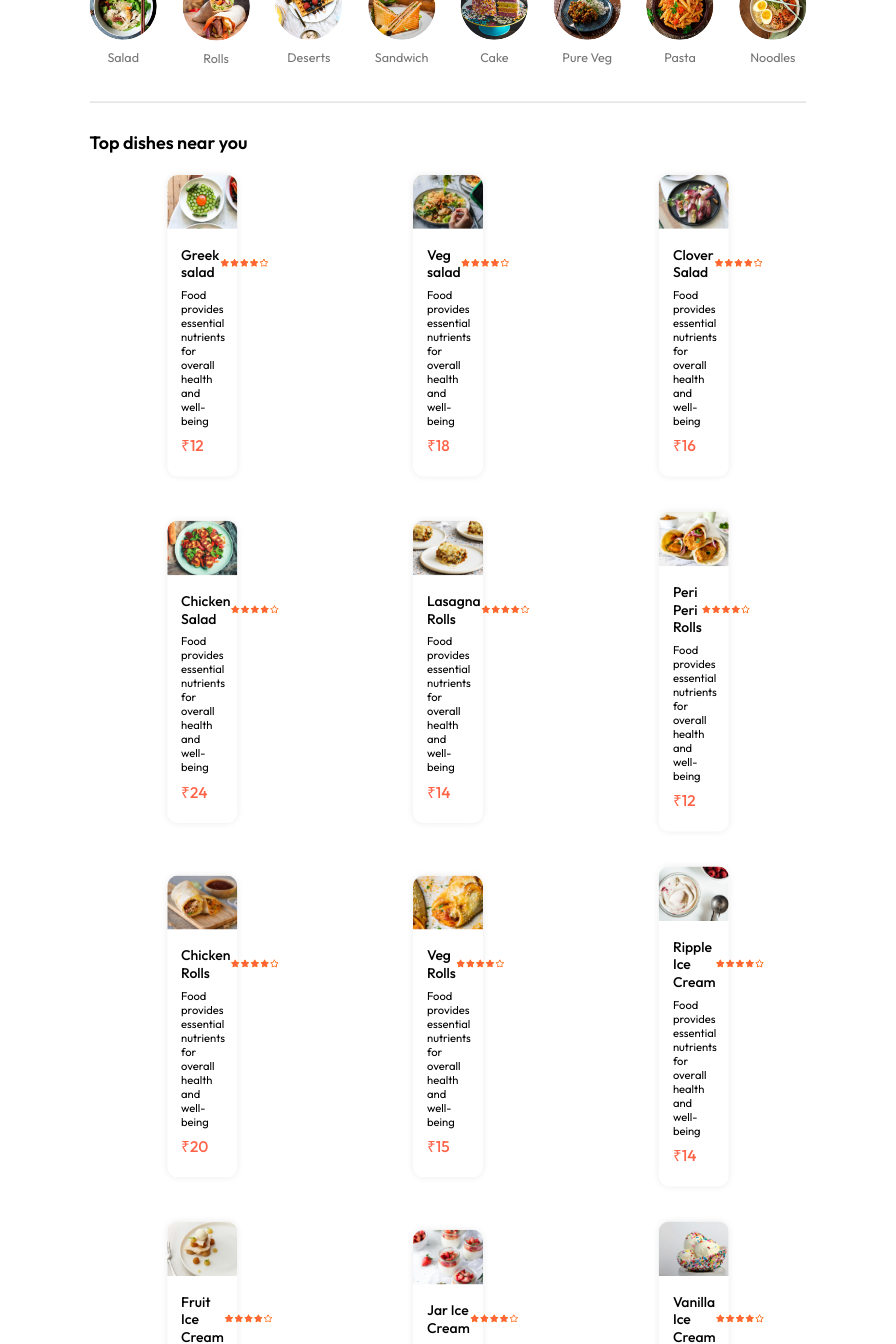
Repository: KartikChouhan03/food-delivery-app
Page: / (app in frontend/)
The author's editor kept a copy of each file at every save. The page is drawn from the files as they stood at one save, then again after the next save.
The browser window is 1280 px wide. The pictures show the part of the page from y = 777 to 2697 px (the page is 6376 px tall before and 6135 px after), at 70% of full size.
Some web fonts or font styles are not loaded; a fallback is used. The project was rebuilt for these pictures with package versions that can differ from the ones it lists, and the page was loaded fresh each time. Also part of the build but not shown: frontend/vite.config.js, frontend/src/pages/Cart/Cart.css, frontend/src/pages/Cart/Cart.jsx, frontend/src/pages/PlaceOrder/PlaceOrder.css, frontend/src/pages/PlaceOrder/PlaceOrder.jsx.

Above is the page before, as saved 2025-08-16 00:25:05.

### frontend/index.html
<!doctype html>
<html lang="en">
  <head>
    <meta charset="UTF-8" />
    <link rel="icon" type="image/svg+xml" href="" />
    <meta name="viewport" content="width=device-width, initial-scale=1.0" />
    <title>Foodify</title>
  </head>
  <body>
    <div id="root"></div>
    <script type="module" src="/src/main.jsx"></script>
  </body>
</html>

### frontend/src/main.jsx
import { createRoot } from 'react-dom/client'
import './index.css'
import App from './App.jsx'
import { BrowserRouter} from 'react-router-dom'
import StoreContextProvider from './context/StoreContext.jsx'


createRoot(document.getElementById('root')).render(
  <BrowserRouter>
    <StoreContextProvider>
      <App />
    </StoreContextProvider>
  </BrowserRouter>


)

### frontend/src/index.css

@import url('https://fonts.googleapis.com/css2?family=Montserrat:ital,wght@0,100..900;1,100..900&family=Outfit:wght@100..900&family=Playfair+Display:ital,wght@0,400..900;1,400..900&display=swap');


*{
  padding: 0;
  margin: 0;
  box-sizing: border-box;
  font-family: Outfit;
}

body{
  min-height: 100vh;
}

a{
  text-decoration: none;
  color: inherit;
}

.app{
  width: 80%;
  margin: auto;
}

@keyframes fadeIn{
  0%{
    opacity: 0;
  }
  100%{
    opacity: 1;
  }
}

### frontend/src/App.jsx
import React from 'react'
import Navbar from './components/Navbar/Navbar'
import { Route, Routes } from 'react-router-dom'
import Home from './pages/Home/Home'
import Cart from './pages/Cart/Cart'
import PlaceOrder from './pages/PlaceOrder/PlaceOrder'


const App = () => {
  return (
    <div className='app'>
      <Navbar/>
      <Routes>
        <Route path="/" element={<Home />} />
        <Route path="/cart" element={<Cart />} />
        <Route path="/order" element={<PlaceOrder/>} />
      </Routes>
    </div>
  )
}

export default App

### frontend/src/context/StoreContext.jsx
import { createContext } from "react";
import { food_list } from "../assets/assets";


export const StoreContext = createContext(null)

const StoreContextProvider = (props) =>{


    const contextValue = {
        food_list
    }



    return (
        <StoreContext.Provider value ={contextValue}>
            {props.children}
        </StoreContext.Provider>
    )

}

export default StoreContextProvider;

### frontend/src/components/Navbar/Navbar.jsx
import React, { useState } from 'react'
import './Navbar.css'
import {assets} from '../../assets/assets.js'


const Navbar = () => {

  const [menu,setMenu] = useState("home");


  return (
    <div className='navbar'>
      <img className='logo' src={assets.logo} alt="" />
      <ul className='navbar-menu'>
        <li onClick={()=>setMenu("home")} className={menu==="home"?"active":""}>home</li>
        <li onClick={()=>setMenu("menu")} className={menu==="menu"?"active":""}>menu</li>
        <li onClick={()=>setMenu("mobile-app")} className={menu==="mobile-app"?"active":""}>mobile-app</li>
        <li onClick={()=>setMenu("contact-us")} className={menu==="contact-us"?"active":""}>contact us</li>
      </ul>
      <div className="navbar-right">
        <img src={assets.search_icon} alt="" />
        <div className='navbar-search-icon'>
          <img src={assets.basket_icon} alt="" />
          <div className='dot'></div>
        </div>
        <button>Sign in</button>
      </div>
    </div>
  )
}

export default Navbar

### frontend/src/pages/Home/Home.jsx
import React, { useState } from 'react'
import './Home.css'
import Header from '../../components/Header/Header'
import ExploreMenu from '../../components/ExploreMenu/ExploreMenu'
import FoodDisplay from '../../components/FoodDisplay/FoodDisplay'

const Home = () => {

    const [category,setCategory] = useState("All");

  return (
    <div>
      <Header/>
      <ExploreMenu category={category} setCategory={setCategory} />
      <FoodDisplay category={category}/>
    </div>
  )
}

export default Home

### frontend/src/assets/assets.js
import basket_icon from './basket_icon.png'
import logo from './logo.png'
import header_img from './header_img.png'
import search_icon from './search_icon.png'
import menu_1 from './menu_1.png'
import menu_2 from './menu_2.png'
import menu_3 from './menu_3.png'
import menu_4 from './menu_4.png'
import menu_5 from './menu_5.png'
import menu_6 from './menu_6.png'
import menu_7 from './menu_7.png'
import menu_8 from './menu_8.png'

import food_1 from './food_1.png'
import food_2 from './food_2.png'
import food_3 from './food_3.png'
import food_4 from './food_4.png'
import food_5 from './food_5.png'
import food_6 from './food_6.png'
import food_7 from './food_7.png'
import food_8 from './food_8.png'
import food_9 from './food_9.png'
import food_10 from './food_10.png'
import food_11 from './food_11.png'
import food_12 from './food_12.png'
import food_13 from './food_13.png'
import food_14 from './food_14.png'
import food_15 from './food_15.png'
import food_16 from './food_16.png'
import food_17 from './food_17.png'
import food_18 from './food_18.png'
import food_19 from './food_19.png'
import food_20 from './food_20.png'
import food_21 from './food_21.png'
import food_22 from './food_22.png'
import food_23 from './food_23.png'
import food_24 from './food_24.png'
import food_25 from './food_25.png'
import food_26 from './food_26.png'
import food_27 from './food_27.png'
import food_28 from './food_28.png'
import food_29 from './food_29.png'
import food_30 from './food_30.png'
import food_31 from './food_31.png'
import food_32 from './food_32.png'

import add_icon_white from './add_icon_white.png'
import add_icon_green from './add_icon_green.png'
import remove_icon_red from './remove_icon_red.png'
import app_store from './app_store.png'
import play_store from './play_store.png'
import linkedin_icon from './linkedin_icon.png'
import facebook_icon from './facebook_icon.png'
import twitter_icon from './twitter_icon.png'
import cross_icon from './cross_icon.png'
import selector_icon from './selector_icon.png'
import rating_starts from './rating_starts.png'
import profile_icon from './profile_icon.png'
import bag_icon from './bag_icon.png'
import logout_icon from './logout_icon.png'
import parcel_icon from './parcel_icon.png'

export const assets = {
    logo,
    basket_icon,
    header_img,
    search_icon,
    rating_starts,
    add_icon_green,
    add_icon_white,
    remove_icon_red,
    app_store,
    play_store,
    linkedin_icon,
    facebook_icon,
    twitter_icon,
    cross_icon,
    selector_icon,
    profile_icon,
    logout_icon,
    bag_icon,
    parcel_icon
}

export const menu_list = [
    {
        menu_name: "Salad",
        menu_image: menu_1
    },
    {
        menu_name: "Rolls",
        menu_image: menu_2
    },
    {
        menu_name: "Deserts",
        menu_image: menu_3
    },
    {
        menu_name: "Sandwich",
        menu_image: menu_4
    },
    {
        menu_name: "Cake",
        menu_image: menu_5
    },
    {
        menu_name: "Pure Veg",
        menu_image: menu_6
    },
    {
        menu_name: "Pasta",
        menu_image: menu_7
    },
    {
        menu_name: "Noodles",
        menu_image: menu_8
    }]

export const food_list = [
    {
        _id: "1",
        name: "Greek salad",
        image: food_1,
        price: 12,
        description: "Food provides essential nutrients for overall health and well-being",
        category: "Salad"
    },
    {
        _id: "2",
        name: "Veg salad",
        image: food_2,
        price: 18,
        description: "Food provides essential nutrients for overall health and well-being",
        category: "Salad"
    }, {
        _id: "3",
        name: "Clover Salad",
        image: food_3,
        price: 16,
        description: "Food provides essential nutrients for overall health and well-being",
        category: "Salad"
    }, {
        _id: "4",
        name: "Chicken Salad",
        image: food_4,
        price: 24,
        description: "Food provides essential nutrients for overall health and well-being",
        category: "Salad"
    }, {
        _id: "5",
        name: "Lasagna Rolls",
        image: food_5,
        price: 14,
        description: "Food provides essential nutrients for overall health and well-being",
        category: "Rolls"
    }, {
        _id: "6",
        name: "Peri Peri Rolls",
        image: food_6,
        price: 12,
        description: "Food provides essential nutrients for overall health and well-being",
        category: "Rolls"
    }, {
        _id: "7",
        name: "Chicken Rolls",
        image: food_7,
        price: 20,
        description: "Food provides essential nutrients for overall health and well-being",
        category: "Rolls"
    }, {
        _id: "8",
        name: "Veg Rolls",
        image: food_8,
        price: 15,
        description: "Food provides essential nutrients for overall health and well-being",
        category: "Rolls"
    }, {
        _id: "9",
        name: "Ripple Ice Cream",
        image: food_9,
        price: 14,
        description: "Food provides essential nutrients for overall health and well-being",
        category: "Deserts"
    }, {
        _id: "10",
        name: "Fruit Ice Cream",
        image: food_10,
        price: 22,
        description: "Food provides essential nutrients for overall health and well-being",
        category: "Deserts"
    }, {
        _id: "11",
        name: "Jar Ice Cream",
        image: food_11,
        price: 10,
        description: "Food provides essential nutrients for overall health and well-being",
        category: "Deserts"
    }, {
        _id: "12",
        name: "Vanilla Ice Cream",
        image: food_12,
        price: 12,
        description: "Food provides essential nutrients for overall health and well-being",
        category: "Deserts"
    },
    {
        _id: "13",
        name: "Chicken Sandwich",
        image: food_13,
        price: 12,
        description: "Food provides essential nutrients for overall health and well-being",
        category: "Sandwich"
    },
    {
        _id: "14",
        name: "Vegan Sandwich",
        image: food_14,
        price: 18,
        description: "Food provides essential nutrients for overall health and well-being",
        category: "Sandwich"
    }, {
        _id: "15",
        name: "Grilled Sandwich",
        image: food_15,
        price: 16,
        description: "Food provides essential nutrients for overall health and well-being",
        category: "Sandwich"
    }, {
        _id: "16",
        name: "Bread Sandwich",
        image: food_16,
        price: 24,
        description: "Food provides essential nutrients for overall health and well-being",
        category: "Sandwich"
    }, {
        _id: "17",
        name: "Cup Cake",
        image: food_17,
        price: 14,
        description: "Food provides essential nutrients for overall health and well-being",
        category: "Cake"
    }, {
        _id: "18",
        name: "Vegan Cake",
        image: food_18,
        price: 12,
        description: "Food provides essential nutrients for overall health and well-being",
        category: "Cake"
    }, {
        _id: "19",
        name: "Butterscotch Cake",
        image: food_19,
        price: 20,
        description: "Food provides essential nutrients for overall health and well-being",
        category: "Cake"
    }, {
        _id: "20",
        name: "Sliced Cake",
        image: food_20,
        price: 15,
        description: "Food provides essential nutrients for overall health and well-being",
        category: "Cake"
    }, {
        _id: "21",
        name: "Garlic Mushroom ",
        image: food_21,
        price: 14,
        description: "Food provides essential nutrients for overall health and well-being",
        category: "Pure Veg"
    }, {
        _id: "22",
        name: "Fried Cauliflower",
        image: food_22,
        price: 22,
        description: "Food provides essential nutrients for overall health and well-being",
        category: "Pure Veg"
    }, {
        _id: "23",
        name: "Mix Veg Pulao",
        image: food_23,
        price: 10,
        description: "Food provides essential nutrients for overall health and well-being",
        category: "Pure Veg"
    }, {
        _id: "24",
        name: "Rice Zucchini",
        image: food_24,
        price: 12,
        description: "Food provides essential nutrients for overall health and well-being",
        category: "Pure Veg"
    },
    {
        _id: "25",
        name: "Cheese Pasta",
        image: food_25,
        price: 12,
        description: "Food provides essential nutrients for overall health and well-being",
        category: "Pasta"
    },
    {
        _id: "26",
        name: "Tomato Pasta",
        image: food_26,
        price: 18,
        description: "Food provides essential nutrients for overall health and well-being",
        category: "Pasta"
    }, {
        _id: "27",
        name: "Creamy Pasta",
        image: food_27,
        price: 16,
        description: "Food provides essential nutrients for overall health and well-being",
        category: "Pasta"
    }, {
        _id: "28",
        name: "Chicken Pasta",
        image: food_28,
        price: 24,
        description: "Food provides essential nutrients for overall health and well-being",
        category: "Pasta"
    }, {
        _id: "29",
        name: "Buttter Noodles",
        image: food_29,
        price: 14,
        description: "Food provides essential nutrients for overall health and well-being",
        category: "Noodles"
    }, {
        _id: "30",
        name: "Veg Noodles",
        image: food_30,
        price: 12,
        description: "Food provides essential nutrients for overall health and well-being",
        category: "Noodles"
    }, {
        _id: "31",
        name: "Somen Noodles",
        image: food_31,
        price: 20,
        description: "Food provides essential nutrients for overall health and well-being",
        category: "Noodles"
    }, {
        _id: "32",
        name: "Cooked Noodles",
        image: food_32,
        price: 15,
        description: "Food provides essential nutrients for overall health and well-being",
        category: "Noodles"
    }
]

### frontend/src/components/Navbar/Navbar.css
.navbar{
    padding: 20px 0px;
    display: flex;
    justify-content: space-between;
    align-items: center;
}

.navbar .logo{
    width: 150px;
}

.navbar-menu{
    display: flex;
    list-style: none;
    gap: 20px;
    color: #49557e;
    font-size: 18px;
}

.navbar-right{
    display: flex;
    align-items: center;
    gap: 40px;
}

.navbar button{
    background: transparent;
    font-size: 16px;
    color: #49557e;
    border: 1px solid tomato;
    padding: 10px 30px;
    border-radius: 50px;
    cursor: pointer;
    transition: 0.4s;
}

.navbar button:hover{
    background-color: #fff4f2;
}

.navbar .active{
    padding-bottom: 2px;
    border-bottom: 2px solid #49557e;
}

.navbar li{
    cursor: pointer;
}

.navbar-search-icon {
    position: relative;
}

.navbar-search-icon .dot{
    position: absolute;
    min-width: 10px;
    min-height: 10px;
    background-color: tomato;
    border-radius:5px ;
    top: -8px;
    right: -8px;
}

### frontend/src/components/Header/Header.jsx
import React from 'react'
import './Header.css'

const Header = () => {
  return (
    <div className='header'>
      <div className="header-contents">
        <h2>Order your favourite food here</h2>
        <p>Choose from a diverse menu featuring a delectable array of dishes crafted with the finest ingredients and culinary expertise. Our mission is to statisfy your craving and elevate your dining experience, one delicious meal at a time.</p>
        <button>View Menu</button>
      </div>
    </div>
  )
}

export default Header

### frontend/src/components/ExploreMenu/ExploreMenu.jsx
import React from 'react'
import './ExploreMenu.css'
import { menu_list } from '../../assets/assets.js'


const ExploreMenu = ({category,setCategory}) => {
  return (
    <div className='explore-menu' id='explore-menu'>
      <h1>Explore our menu</h1>
      <p className='explore-menu-text'>Choose from a diverse menu featuring a delectable array of dishes crafted with the finest ingredients and culinary expertise. Our mission is to statisfy your craving and elevate your dining experience, one delicious meal at a time. </p>
      <div className='explore-menu-list'>
        {menu_list.map((item, index)=>{
            return(
                <div onClick={()=>setCategory(prev=>prev===item.menu_name?"All":item.menu_name)} key={index} className="explore-menu-list-item">
                    <img className={category===item.menu_name?"active":""} src={item.menu_image} alt="" />
                    <p>{item.menu_name}</p>
                </div>
            )
        })}
      </div>
      <hr />
    </div>
  )
}

export default ExploreMenu

### frontend/src/components/FoodDisplay/FoodDisplay.jsx
import React, { useContext } from 'react'
import './FoodDisplay.css'
import { StoreContext } from '../../context/StoreContext'
import FoodItem from '../FoodItem/FoodItem'


const FoodDisplay = (category) => {

    const {food_list} = useContext(StoreContext)

  return (
    <div className='food-display' id='food-display'>
       <h2>Top dishes near you</h2>
       <div className="food-display-list">
        {food_list.map((item,index)=>{
            return <FoodItem key={index} id={item.id} name={item.name} description={item.description} price= {item.price} image={item.image}/>
        })}
       </div>
    </div>
  )
}

export default FoodDisplay

### frontend/src/components/Header/Header.css
.header{
    height: 34vw;
    margin: 30px auto;
    background:url('./header_img.png') no-repeat ;
    background-size: contain;
    position: relative;
}

.header-contents{
    position: absolute;
    display: flex;
    flex-direction: column;
    align-items: start;
    gap: 1.5vw;
    max-width: 50%;
    bottom: 10%;
    left: 6vw;
    animation:fadeIn 3s;
}

.header-contents h2{
    font-weight: 500;
    color:white;
    font-size: max(4.5vw, 22px) ;

}

.header-contents p{
    color: white;
    font-size: 1vw;
}

.header-contents button{
    border: none;
    color: #747474;
    font-weight: 500;
    padding: 1vw 2.3vw;
    background-color: white;
    font-size: max(1vw,13px);
    border-radius:50px ;
}

### frontend/src/components/ExploreMenu/ExploreMenu.css
.explore-menu{
    display: flex;
    flex-direction: column ;
    gap: 20px;
}

.explore-menu h1{
    color: #262626;
    font-weight: 500;
}

.explore-menu-text{
    max-width: 60%;
    columns: #808080;
}

.explore-menu-list{
    display: flex;
    justify-content: space-between;
    align-items: center;
    gap: 30px;
    text-align: center;
    margin: 20px 0px;
    overflow: scroll;
}

.explore-menu-list::-webkit-scrollbar{
    display: none;
}

.explore-menu-list-item img{
    width: 7.5vw;
    min-width: 80px;
    cursor: pointer;
    border-radius: 50%;
    transition: 0.3s;
}

.explore-menu-list-item p {
    margin-top: 10px;
    color: #747474;
    font-size: max(1.4vw,16px);
    cursor: pointer;
}

.explore-menu hr{
    margin: 10px 0px;
    height: 2px;
    background-color: #e2e2e2;
    border: none;
}

.explore-menu-list-item .active{
    border: 4px solid tomato;
    padding: 32;
}

### frontend/src/components/FoodDisplay/FoodDisplay.css
.food-display{
    margin-top: 30px;
}

.food-display h2{
    font-size: max(2vw,24px);
    font-weight: 600;
}

.food-display-list{
    display: grid;
    grid-template-columns: repeat(auto-fill,minmax(240px,1fr));
    margin-top: 30px;
    gap:30px;
    row-gap: 50px;
}

### frontend/src/components/FoodItem/FoodItem.jsx
import React from 'react'
import './FoodItem.css'
import { assets } from '../../assets/assets'

const FoodItem = ({id, name, price, description, image}) => {
  return (
    <div className='food-item'>
      <div className="food-item-img-container">
        <img className="food-item-image" src={image} alt={name} />
      </div>
      <div className="food-item-info">
        <div className="food-item-name-rating">
            <p>{name}</p>
            <img src={assets.rating_starts} alt="rating" />
        </div>
        <p className="food-item-desc">{description}</p>
        <p className="food-item-price">₹{price}</p>
      </div>
    </div>
  )
}

export default FoodItem

### frontend/src/components/FoodItem/FoodItem.css
.food-item{
    width: 100px;
    margin: auto;
    border-radius:15px ;
    box-shadow: 0px 0px 10px #00000015;
    transition: 0.3s;
    animation: fadeIn 1s;
}

.food-item-image{
    width: 100%;
    border-radius:15px 15px 0px 0px ;
}

.food-item-info{
    padding: 20px;
}

.food-item-name-rating{
    display: flex;
    justify-content: space-between;
    margin-bottom: 10px;
    align-items: center;
}

.food-item-name-rating p{
    font-size: 20px;
    font-weight: 500;
}

.food-item-name-rating img{
    width: 70px;
}

.food-item-description{
    color: #676767;
    font-size: 12px;
}

.food-item-price{
    color: tomato;
    font-size: 22px;
    font-weight: 500;
    margin: 10px 0px;
}

Loaded but not shown: frontend/src/pages/Home/Home.css (no stored copy; drawn as an empty file)

After the next save:
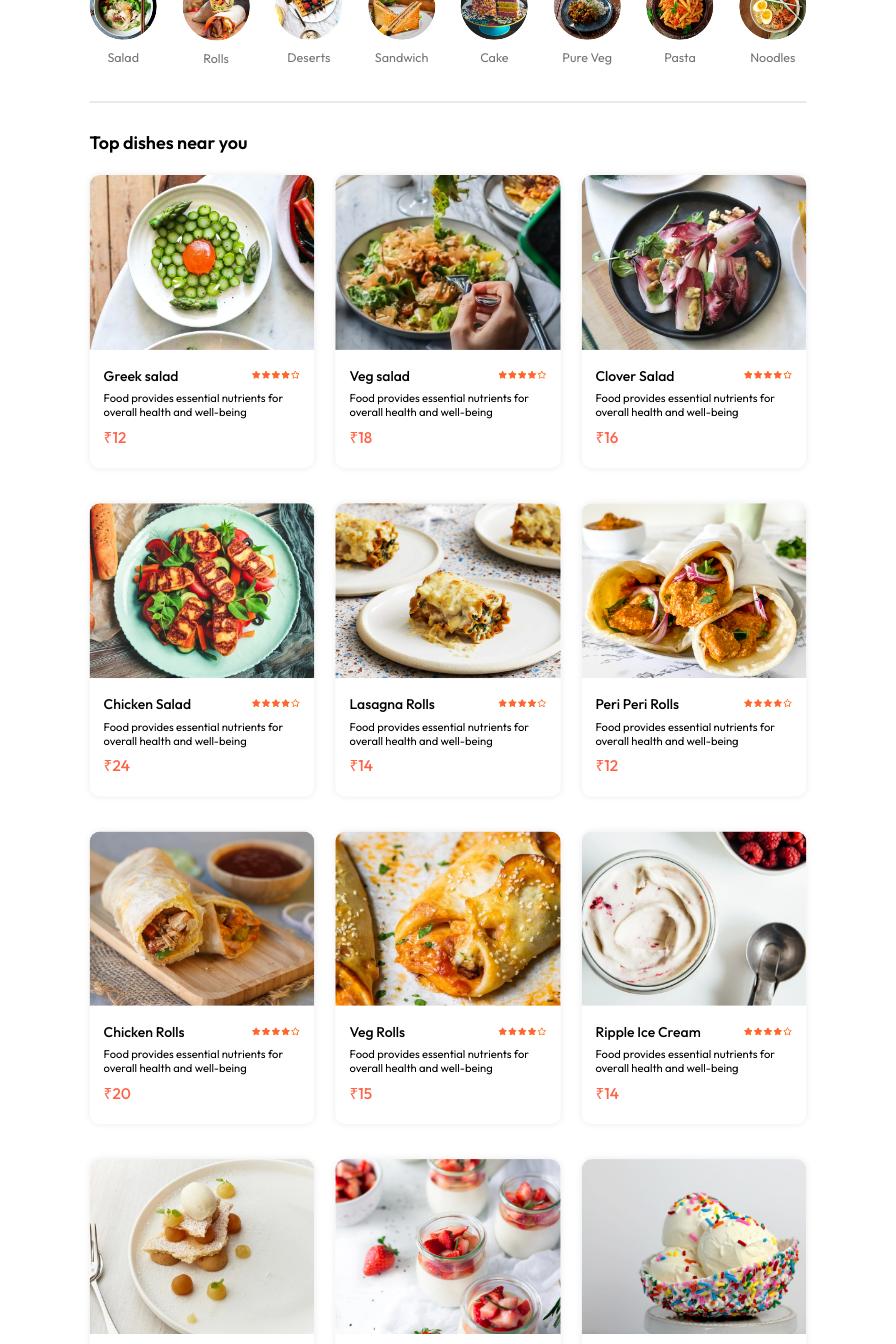
Saved 2 min 43 s later.
--- a/frontend/src/components/FoodItem/FoodItem.css
+++ b/frontend/src/components/FoodItem/FoodItem.css
@@ -1,5 +1,5 @@
 .food-item{
-    width: 100px;
+    width: 100%;
     margin: auto;
     border-radius:15px ;
     box-shadow: 0px 0px 10px #00000015;
